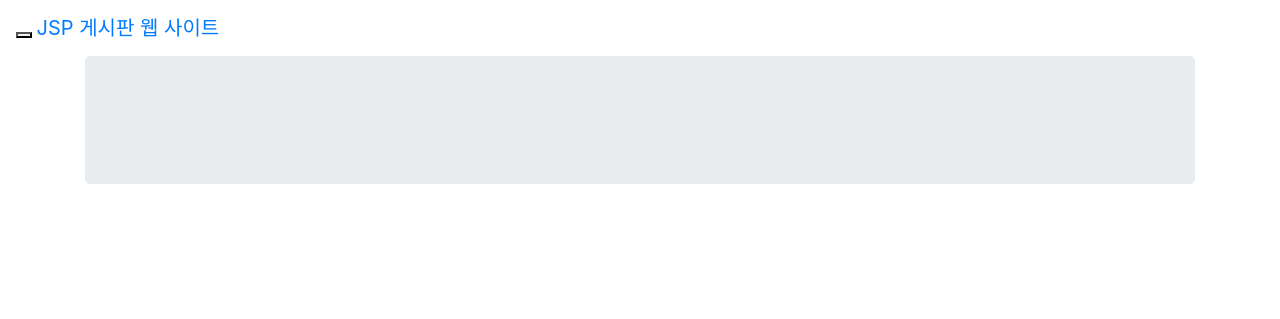
Repository: hz6450/2024-summer-jsp-notice-project
Page: http://localhost/BBS/main.jsp
The author's editor kept a copy of each file at every save. The page is drawn from the files as they stood at one save, then again after the next save.
The browser window is 1280 px wide. The pictures show the whole page.
Some web libraries are served in a nearby version. The page is served by Tomcat 10.

Above is the page before, as saved 2024-07-11 23:56:30.

After the next save:
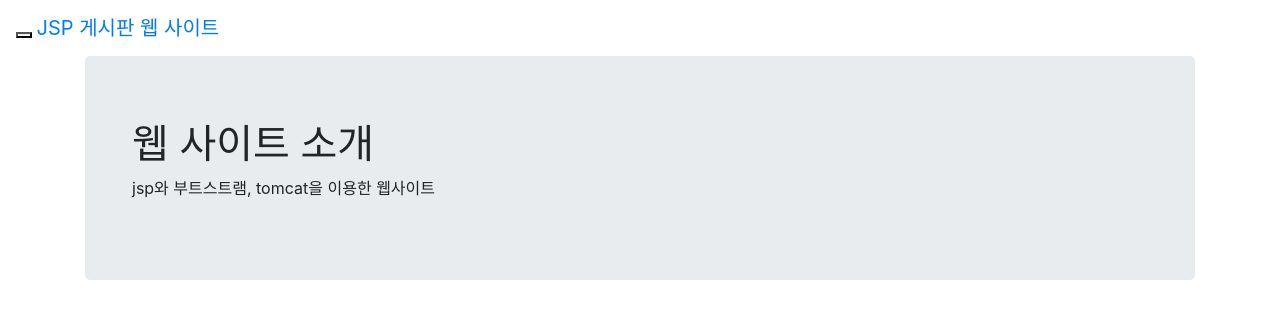
Saved 57 s later.
--- a/projects/BBS/src/main/webapp/main.jsp
+++ b/projects/BBS/src/main/webapp/main.jsp
@@ -65,6 +65,8 @@
 	<div class="container">
 		<div class="jumbotron">
 			<div class="container">
+			<h1>웹 사이트 소개</h1>
+			<p>jsp와 부트스트램, tomcat을 이용한 웹사이트</p>
 			</div>
 		</div>
 	</div>
